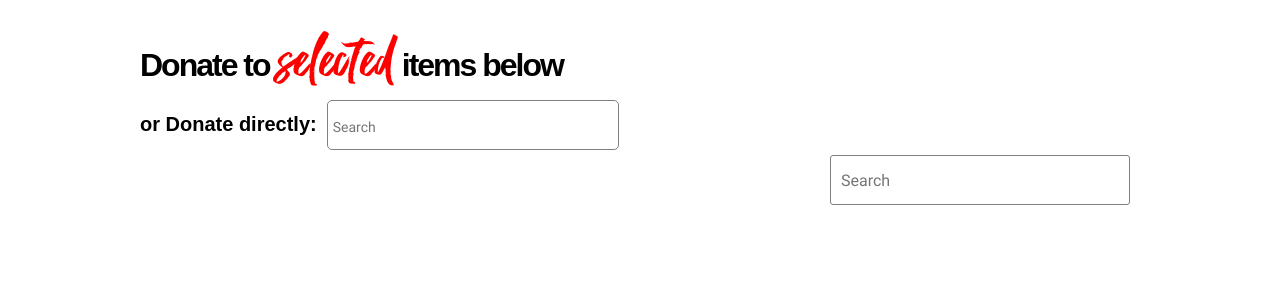
Repository: David-Waite/edableStyleChanges
Page: /
The author's editor kept a copy of each file at every save. The page is drawn from the files as they stood at one save, then again after the next save.
The browser window is 1280 px wide. The pictures show the whole page.
The project was rebuilt for these pictures with package versions that can differ from the ones it lists, and the page was loaded fresh each time. Also part of the build but not shown: src/components/Item/ProgressBar.css, src/components/Volunteer/Volunteer.tsx, src/components/DonorForm/Message.css, src/components/Volunteer/VolunteerError.tsx, src/components/Default.tsx, src/components/DonorForm/Paypal.tsx, src/components/DonorForm/DonorForm.tsx, src/components/DonorForm/PastDonations.css and 8 more.

Above is the page before, as saved 2022-11-09 19:19:26.

### public/index.html
<!DOCTYPE html>
<html lang="en">
  <head>
    <meta charset="utf-8" />
    <link rel="icon" href="%PUBLIC_URL%/favicon.ico" />
    <meta name="viewport" content="width=device-width, initial-scale=1" />
    <meta name="theme-color" content="#000000" />
    <meta name="description" content="EdAble Donations System" />
    <link rel="apple-touch-icon" href="%PUBLIC_URL%/logo192.png" />
    <link rel="manifest" href="%PUBLIC_URL%/manifest.json" />
    <link
      rel="stylesheet"
      href="https://cdn.jsdelivr.net/npm/bootstrap@5.2.0-beta1/dist/css/bootstrap.min.css"
      integrity="sha384-0evHe/X+R7YkIZDRvuzKMRqM+OrBnVFBL6DOitfPri4tjfHxaWutUpFmBp4vmVor"
      crossorigin="anonymous"
    />
    <title>EdAble Donations</title>
  </head>
  <body>
    <noscript>You need to enable JavaScript to run this app.</noscript>
    <div id="root"></div>
  </body>
  <script src="./iframeResizer.contentWindow.min.js"></script>
</html>

### src/index.tsx
import React from 'react';
import ReactDOM from 'react-dom/client';
import './index.css';
import App from './App';
import reportWebVitals from './reportWebVitals';
import './fonts/Roboto/Roboto-Medium.ttf';
import './fonts/Lora/Lora-VariableFont_wght.ttf';

const root = ReactDOM.createRoot(
  document.getElementById('root') as HTMLElement
);
root.render(
  <React.StrictMode>
    <App />
  </React.StrictMode>
);

// If you want to start measuring performance in your app, pass a function
// to log results (for example: reportWebVitals(console.log))
// or send to an analytics endpoint. Learn more: https://bit.ly/CRA-vitals
reportWebVitals();

### src/index.css
body {
  margin: 0;
  -webkit-font-smoothing: antialiased;
  -moz-osx-font-smoothing: grayscale;
}

code {
  font-family: source-code-pro, Menlo, Monaco, Consolas, "Courier New",
    monospace;
}

* {
  box-sizing: border-box;
}

#page-wrap {
  padding-bottom: 10px;
  padding-top: 10px;
}
@font-face {
  font-family: "Roboto";
  src: local("Roboto"),
    url("./fonts/Roboto/Roboto-Medium.ttf") format("truetype");
}

@font-face {
  font-family: "Lora";
  src: local("Lora"),
    url("./fonts/Lora/Lora-VariableFont_wght.ttf") format("truetype");
}

@font-face {
  font-family: "black_stonealternative";
  src: local("blackStone"),
    url("./fonts/BlackStone/blackstone-alternative-webfont.woff") format("woff");
}

h1 {
  font-family: "Roboto";
  font-style: normal;
  font-weight: 700;
  font-size: 52px;
  line-height: 64px;
  /* identical to box height, or 123% */
  color: #000000;
}

h2 {
  font-family: "Lora";
  font-style: normal;
  font-weight: 700;
  font-size: 47px;
  line-height: 60px;
  /* identical to box height, or 128% */
  color: #f1f1f1;
}

h3 {
  font-family: "Lora";
  font-style: normal;
  font-weight: 700;
  font-size: 40px;
  line-height: 51px;
  color: #c4c4c4;
}

h4 {
  font-family: "Roboto";
  font-style: normal;
  font-weight: 700;
  font-size: 35px;
  line-height: 43px;
  /* identical to box height, or 123% */
  letter-spacing: 0.02em;
  color: #000000;
}

h5 {
  font-family: "Roboto";
  font-style: normal;
  font-weight: 700;
  font-size: 28px;
  line-height: 44px;
  /* identical to box height, or 157% */
  color: #000000;
}

h6 {
  font-family: "Roboto";
  font-style: normal;
  font-weight: 700;
  font-size: 21px;
  line-height: 25px;
  /* identical to box height */
  color: #000000;
}

body {
  font-family: "Roboto";
  font-style: normal;
  font-weight: 400;
  font-size: 21px;
  line-height: 32px;
  /* identical to box height, or 152% */
  color: #000000;
}

### src/App.tsx
import React from "react";
import "./App.css";
import { BrowserRouter, Routes, Route } from "react-router-dom";

import { PayPalScriptProvider } from "@paypal/react-paypal-js";
import Base from "./components/Base";
import Landing from "./components/Landing/Landing";
import Volunteer from "./components/Volunteer/Volunteer";
import VolunteerError from "./components/Volunteer/VolunteerError";
import Default from "./components/Default";
import Organisation from "./components/Organisation/Organisation";
import ItemPage from "./components/Item/ItemPage";
import Success from "./components/DonorForm/Success";
import Cancel from "./components/DonorForm/Cancel";
import PastDonations from "./components/DonorForm/PastDonations";
import PastItemDonations from "./components/DonorForm/PastItemDonations";
import DonateTime from "./components/Volunteer/DonateTime";

function App() {
  return (
    <PayPalScriptProvider
      options={{
        "client-id":
        process.env.REACT_APP_PAYPAL_CLIENT_ID||"ATT3Tn46NrmHggGqVC4mzWOZWlnbp2ID9DA0yQnhsgqPFIVPPlLhfSI_-atbZc3aN7n_k7wUVTyQJMnI",
        currency: "AUD",
      }}
    >
      <BrowserRouter>
        <Routes>
          <Route path="/" element={<Base />}>
            <Route path="/" element={<Landing />} />
            <Route path="volunteer" element={<Volunteer />} />
            <Route path="success" element={<Success />} />
            <Route path="organisation/:orgId" element={<Organisation />} />
            <Route path="cancel/:orgId" element={<Cancel />} />
            <Route path="volunteererror/:orgId" element={<VolunteerError />} />
            <Route path="organisation/:orgId" element={<PastDonations />} />
            <Route path="item/:orgID/:itemID" element={<ItemPage />} />
            <Route path="item/:orgID/:itemID" element={<PastItemDonations />} />
            <Route path="volunteer/organisation/:orgId" element={<DonateTime />} />
            <Route path="volunteer/success" element={<Success />} />

            {/* Using path="*"" means "match anything", so this route
                acts like a catch-all for URLs that we don't have explicit
              routes for. */}
            <Route path="*" element={<Default />} />
          </Route>
        </Routes>
      </BrowserRouter>
    </PayPalScriptProvider>
  );
}

export default App;

### src/App.css
.App {
  text-align: center;
}

.App-logo {
  height: 40vmin;
  pointer-events: none;
}

@media (prefers-reduced-motion: no-preference) {
  .App-logo {
    animation: App-logo-spin infinite 20s linear;
  }
}

.App-header {
  background-color: #282c34;
  min-height: 100vh;
  display: flex;
  flex-direction: column;
  align-items: center;
  justify-content: center;
  font-size: calc(10px + 2vmin);
  color: white;
}

.App-link {
  color: #61dafb;
}

@keyframes App-logo-spin {
  from {
    transform: rotate(0deg);
  }
  to {
    transform: rotate(360deg);
  }
}

.font-face-rob {
  font-family: "Roboto";
}

.font-face-lora {
  font-family: "Lora";
}

.font-face-Black {
  font-family: "black_stonealternative";
}

### src/components/Base.tsx
import { Outlet } from 'react-router-dom';

function BasePage() {
  return (
    <>
      {/* An <Outlet> renders whatever child route is currently active,
          so you can think about this <Outlet> as a placeholder for
        the child routes we defined above. */}
      <Outlet/>
    </>
  );
}

export default BasePage;

### src/components/Landing/Landing.tsx
import { useEffect, useState } from "react";
import "./Landing.css";
import { Link } from "react-router-dom";
import { db } from "../../config/firebase";
import { collection, query, onSnapshot, where } from "firebase/firestore";
import { Button, Container, Carousel, Row, Col } from "react-bootstrap";
import { ReactComponent as InclusionHero } from "./InclusionHero.svg";

import Sidebar from "./Sidebar";
import ItemsCollection from "./ItemsCollection";
import Organisation from "../Organisation/Organisation";

function Landing() {
  const [orgList, setOrgList] = useState<any>([]);

  // gets all the orgs from dbs
  useEffect(() => {
    const q = query(
      collection(db, "Organisations"),
      where("activeStatus", "==", true)
    );
    onSnapshot(q, (querySnapshot) => {
      // setOrgList dumps all the orgs in orgList
      setOrgList(
        querySnapshot.docs.map((doc) => ({
          id: doc.id,
          data: doc.data(),
        }))
      );
    });
  }, []);

  useEffect(() => {
    window.scrollTo(0, 0);
  }, []);

  return (
    //   these lines set up the format of the page
    <>
      <div className="landing">
        {/* Burger menu */}

        <div className="App" id="outer-container">
          {/* Carousel */}
          <div className="slideshowCon">
            <Row>
              <Col>
                <div className="carouselContainer">
                  <Carousel
                    touch={true}
                    interval={4000}
                    indicators={true}
                    variant="light"
                  >
                    {orgList.map((org: any) => (
                      <Carousel.Item
                        key={org.id.toString()}
                        style={{
                          textAlign: "left",
                        }}
                      >
                        <Link
                          to={`organisation/${org.id}`}
                          style={{
                            textDecoration: "none",
                            color: "black",
                          }}
                        >
                          {/* this div contains the carousel item's contents and makes the whole carousel item a link (based on link tag above) */}
                          <div className="carousel-contents">
                            <img
                              className="carouselImage"
                              src={`${org.data.img}`}
                            />

                            <div className="caroursel-text">
                              <div className="carousel-contents-bottom">
                                <div>
                                  {" "}
                                  <h2 className="title">{org.data.name}</h2>
                                  <p className="orgSummary">
                                    {org.data.summary}
                                  </p>
                                </div>

                                <Button
                                  className="btnContribute"
                                  variant="warning"
                                >
                                  DONATE TO&#160;
                                  {org.data.name.toUpperCase()}!
                                </Button>
                              </div>
                            </div>
                          </div>
                        </Link>
                      </Carousel.Item>
                    ))}
                  </Carousel>
                </div>
              </Col>
            </Row>
          </div>
        </div>

        <div>
          <h2 className="pageTitle">
            Donate to <span>selected</span> items below
            <br />
          </h2>
          <div className="selectOrgCon">
            <h2 className="selectOrg">or Donate directly:</h2>
            <div className="orgSearchBar">
              <input className="input" type="text" placeholder="Search" />
            </div>
          </div>
        </div>

        <ItemsCollection orgList={orgList} />
      </div>
    </>
  );
}

export default Landing;

### src/components/Landing/Landing.css
.carousel-control-next,
.carousel-control-prev {
  width: 10%;
}

.landing {
  max-width: 1000px;

  margin: 0px auto 90px;
}
.pageTitle {
  font-size: 32px;
  color: black;
  font-family: sans-serif;
  margin-top: 60px;
  margin-bottom: 40px;
  letter-spacing: -2px;
  line-height: 0px;
  font-weight: 700;
}

.title {
  font-size: 32px;
  color: white;
  font-family: sans-serif;
}
.pageTitle span {
  font-family: "black_stonealternative";
  margin-left: 0px;
  margin-right: 0px;
  font-size: 55px;
  letter-spacing: 1px;
  font-weight: 100;
}

.selectOrg {
  font-size: 20px;
  color: black;
  font-family: sans-serif;
  padding-top: 5px;
  font-weight: 700;
}
.selectOrgCon {
  height: 40px;
  display: flex;
  align-items: center;
  margin-bottom: 0px;
}

.orgSearchBar input {
}

.orgSearchBar input::placeholder {
  padding-left: 5px;

  font-size: 14px;
}

.orgSearchBar {
  margin-left: 10px;
}
.col {
  padding: 0;
}

.navBarContainer {
  margin-left: 30px;
  margin-top: 10px;
  position: absolute;
  color: white;
}

.carousel {
  /* margin: 3px; */
  /* border-radius: 30px; */

  color: white;
  /* height: ; */
}

.carouselImage {
  object-fit: cover;
  height: calc(500px - 140px);
}

.carousel-contents {
  display: flex;

  flex-direction: column;
  justify-content: flex-end;

  color: white;
  height: 500px;
}

.carousel-indicators {
  margin-bottom: 10px;
}

.carousel-contents-bottom {
  display: flex;
  align-items: center;
  justify-content: space-between;
  gap: 10px;

  margin-bottom: 30px;
}

.caroursel-text {
  padding: 0px 25px;
  height: 140px;
  background-color: #333333;
}

.btnContribute {
  background-color: #e50040;
  color: white;
  border: none;
  border-radius: 3px;
}

.btnContribute span {
  margin-left: 3px;
  font-size: 16px;
  font-weight: 400;
  color: white;
}

.btnContribute div {
  font-size: 16px;
  font-weight: 400;
  margin: 0;
}

.btnContribute:hover {
  background-color: #d4033e;
  color: white;
}

.orgSummary {
  font-size: 16px;
  line-height: 25px;
  margin-bottom: 0px;
}

.imgCarousel {
  width: 100%;
  height: 600px;
}

.orgList {
  font-family: sans-serif;
  font-size: 20px;
  color: black;
}

.orgListCon {
  display: flex;
  align-items: center;
}
@media (max-width: 1040px) {
  .landing {
    padding: 0 20px;
  }
}

@media (max-width: 900px) {
  .title {
    font-size: 28px !important;
  }
}

@media (max-width: 800px) {
  .carousel-contents-bottom {
    flex-direction: column;
    align-items: flex-start;

    gap: 0px;
  }
  .caroursel-text {
    height: 200px;
  }
}

@media (max-width: 500px) {
  .btnContribute div {
    width: 100%;
  }

  .caroursel-text {
    height: 220px;
  }
}

@media (max-width: 370px) {
  .btnContribute {
    margin-top: -10px;
    font-size: 10px;
  }
}

@media (max-width: 325px) {
  .btnContribute span {
    font-size: 9px;
  }
}

/* #carousel-indicators {
    color:rgb(17, 0, 61)
} */

/* Button {
  font-size: x-small;
  style={{ backgroundImage: `url(${org.data.img})` }}




   <img
                              className="imgCarousel"
                              src={org.data.img}
                              alt={`${org.data.name}` + "'s logo"}
                            />
} */

### src/config/firebase.js
import { initializeApp } from "firebase/app";
import { getFirestore } from "firebase/firestore";
import { initializeAppCheck, ReCaptchaV3Provider } from "firebase/app-check";

const firebaseConfig = {
  apiKey: "AIzaSyDs6EtNxxw7Q9vqGTd9EFzCkpK4aQ9u_dY",
  authDomain: "edable-swinburne.firebaseapp.com",
  projectId: "edable-swinburne",
  storageBucket: "edable-swinburne.appspot.com",
  messagingSenderId: "217658206897",
  appId: "1:217658206897:web:529a69fce1bf349d7ad090",
  measurementId: "G-2R2MP9QZ9F",
};

// Initialize Firebase
const app = initializeApp(firebaseConfig);
const db = getFirestore(app);

// app check
const appCheck = initializeAppCheck(app, {
  provider: new ReCaptchaV3Provider("6LcACHkiAAAAAI-dIVsdXLO9-vrCICsqM5sRRjbJ"),
  isTokenAutoRefreshEnabled: true,
});

export { db };

### src/components/Landing/ItemsCollection.tsx
import { useState, useEffect } from "react";
import {
  collectionGroup,
  query,
  onSnapshot,
  collection,
  where,
  getDocs,
} from "firebase/firestore";
import { db } from "../../config/firebase";
import Card from "react-bootstrap/Card";
import ProgressBar from "react-bootstrap/ProgressBar";
import { Link } from "react-router-dom";
import styles from "./ItemsCollection.module.css";
import "../Item/ProgressBar.css";

function ItemsCollection(props: any) {
  const [itemList, setItemList] = useState<any>([]);
  const [search, setSearch] = useState<string>("");

  useEffect(() => {
    const q = query(
      collectionGroup(db, "Items"),
      where("activeStatus", "==", true)
    );

    onSnapshot(q, async (querySnapshot) => {
      setItemList(
        querySnapshot.docs.map((doc) => ({
          id: doc.id,
          data: doc.data(),
          parentDoc: doc.ref.parent.parent?.id,
        }))
      );
    });
  }, []);

  function mergeLists() {
    const mergeList: any = [];
    itemList.map((item: any) => {
      props.orgList.map((org: any) => {
        if (item.parentDoc === org.id) {
          if (item.data.activeStatus === true) {
            mergeList.push({
              ...item,
              orgName: org.data.name,
              orgActiveStatus: org.data.activeStatus,
            });
          }
        }
      });
    });
    return mergeList;
  }

  const mergeList = mergeLists();

  const handleChange = (e: React.ChangeEvent<HTMLInputElement>) => {
    setSearch(e.target.value);
  };
  const filteredItems = mergeList.filter((item: any) =>
    item.data.name.toLowerCase().includes(search.toLowerCase())
  );

  return (
    <>
      <div className={styles.containerDiv}>
        <div
          className={styles.searchBar}
          style={{
            borderRadius: "3px",
            display: "flex",
            alignItems: "right",
            justifyContent: "right",
          }}
        >
          <input
            style={{ fontSize: "16px" }}
            className={styles.input}
            type="text"
            onChange={handleChange}
            placeholder="Search"
          />
        </div>

        <div className={styles.cardParentDiv}>
          {filteredItems.map((item: any) => (
            <div key={item.id.toString()} className={styles.cards}>
              <div className={styles.cardImage}>
                <img src={item.data.img} alt={`Image of  ${item.data.name}`} />
              </div>

              <div className={styles.cardBody}>
                <div>
                  <h3 className={styles.cardTitle}>
                    {item.orgName}:
                    <br />
                    <span>{item.data.name}</span>
                  </h3>

                  <p className={styles.cardDes}>{item.data.summary}</p>
                </div>

                <div className={styles.bottomHalfCard}>
                  <p>
                    ${item.data.totalDonationsValue || 0} of $
                    {item.data.initialPrice}
                  </p>
                  <ProgressBar
                    striped
                    now={
                      item.data.totalDonationsValue
                        ? (item.data.totalDonationsValue /
                            item.data.initialPrice) *
                          100
                        : 0
                    }
                    label={`${Math.round(
                      (item.data.totalDonationsValue / item.data.initialPrice) *
                        100
                    )}%`}
                  />
                  <Link
                    style={{
                      textDecoration: "none",
                      color: "black",
                    }}
                    to={`item/${item.parentDoc}/${item.id}`}
                  >
                    <div className={styles.btn}>DONATE NOW!</div>
                  </Link>
                </div>
              </div>
            </div>
          ))}
        </div>
      </div>
    </>
  );
}

export default ItemsCollection;

### src/components/Organisation/Organisation.module.css
.body {
  background-color: black;
}

* {
  margin: 0;
  padding: 0;
}

img {
  max-width: 100%;
}

.section {
  max-width: 1000px;
  margin: 0 auto;
  background-color: white;
}

.orgName,
.volunteerOrgName span {
  font-family: "black_stonealternative";
  margin-left: 0px;
  margin-right: 0px;
  font-size: 55px;
  font-weight: 100;
  color: #5e17a9;
  line-height: 45px;
}

.orgNameSpan,
.volunteerOrgName {
  font-size: 32px;
  color: black;
  font-family: sans-serif;
  font-weight: 600;
  line-height: normal;
}
.volunteerOrgName span {
  color: #5e17a9;
}
.line {
  margin: 20px 0 30px;
  height: 3px;
  width: 70px;
  background-color: #511493;
}

.itemName {
  font-size: 32px;
  color: black;
  font-family: sans-serif;
  font-weight: 600;
  line-height: normal;
}

.itemImgDesktop {
  margin-bottom: 20px;
}

.sideIdmage {
  display: flex;
  flex-direction: column;
}

.itemImgMobile,
.mobileSideImg {
  display: none;
}

.itemName span {
  color: #511493;
  font-size: 33px;
}

.des {
  margin-top: 20px;
  font-size: 16px;
  font-weight: 100;
  line-height: 25px;
  color: #333333;
}
.mainContent {
  margin-top: 40px;
  display: grid;
  grid-template-columns: 1fr 1.5fr;
  gap: 80px;
}
.btn {
  display: flex;
  align-items: center;
  height: 40px;
  color: white;

  border-radius: 3px !important;
  font-size: 16px;
  font-weight: 400;
  padding: 0 15px;
}

a {
  text-decoration: none !important;
}
.websiteBtn {
  height: 40px;

  border-radius: 3px !important;
  font-size: 16px;
  font-weight: 400;
  padding: 10px 15px;

  color: white;
  background-color: #511493;
}
.btn:hover {
  color: white;
}

.goBack {
  background-color: #e50040;
}

.goBack:hover {
  background-color: #f16800;
}

.orgImg {
  width: 100%;
  height: 500px;
  object-fit: cover;
}

.website {
  padding: 30px;
  margin-top: 10px;
  background: linear-gradient(58.89deg, #5e17a9 31.3%, #e50040 67.75%);
  color: white;
}

.website div {
  margin-top: 10px;
}
.website a {
  background-color: #e50040;
  width: 100%;
  color: white;
  border-radius: 3px !important;
  font-size: 16px;
  font-weight: 400;
  padding: 10px 15px;
}

.header {
  margin: 10px 0;
  display: flex;
  gap: 10px;

  align-items: center;
}

h6 {
  margin-top: 30px;
  font-size: 33px;
  font-weight: 400;
  line-height: 30px;
}

h6 div {
  font-family: "black_stonealternative";
  margin-top: 30px;
  color: #5e17a9;
  font-size: 55px;
  letter-spacing: 1px;
  font-weight: 100;
}

.orgDescription {
  margin-top: 20px;
  font-size: 16;
}

.formCon {
  margin-top: 20px;
}

.btnPurple {
  background-color: #511493;
}
.topItem {
  display: flex;
  align-items: center;
  gap: 40px;
}

.backButton {
  margin-top: 30px;
  color: white;
  border-radius: 3px;
  background-color: #e50040;
  border: none;
}

.backButton:hover {
  color: white;

  background-color: #d4033e;
}

.topButton:hover {
  background-color: #f16800;
}

.card {
  border-radius: 3px;
  border: none;

  background-color: #f4f4f4;
}

.card img {
  width: 100%;
}

.cardContent {
  padding: 20px;
}

.cardTitle {
  font-size: 18px;
  color: black;
  font-family: sans-serif;
  height: auto;
  line-height: 25px;
}

.cardDes {
  margin-top: 0px;
  color: rgb(29, 29, 29);
  font-size: 16px;
  letter-spacing: 0.1px;
  line-height: 20px;
  font-weight: 400;
}

@media (max-width: 1040px) {
  .section {
    padding: 0 20px;
  }
}
@media (max-width: 700px) {
  .content {
    padding: 0 20px 50px;
  }
  .formContainer {
    padding: 30px 20px;
  }
  .topItem {
    display: flex;
    flex-direction: column;
    gap: 40px;
  }
  .card {
    width: 100%;
  }
}

@media (max-width: 900px) {
  .mainContent {
    display: grid;
    grid-template-columns: 1fr;
    gap: 20px;
    margin-bottom: 10px;
  }
  .itemImgDesktop,
  .desktopSideImg {
    display: none;
  }
  .mobileSideImg {
    display: block;
  }

  .itemImgMobile {
    display: block;
    width: 100%;
  }
}

@media (max-width: 500px) {
  label {
    font-size: 10px;
  }

  h6 {
    font-size: 25px;
  }
  h6 span {
    font-size: 40px;
  }
  .btn {
    font-size: 12px;
  }
}

### src/components/Landing/ItemsCollection.module.css
.containerDiv {
  /* background-color: rgb(212, 238, 249); */
  border-radius: 40px;
}

.searchBar {
  border-radius: 3px !important;
  padding: 0;
}
.title {
  font-size: 32px;
  color: black;
  font-family: sans-serif;
  margin-top: 60px;
  margin-bottom: 40px;

  letter-spacing: -2px;
}

.title span {
  font-family: "black_stonealternative";
  margin-left: 0px;
  margin-right: 0px;
  font-size: 55px;
  letter-spacing: 1px;
  font-weight: 100;
}

.input {
  margin: 10px;
  width: 300px;
  border-radius: 3px;
  padding: 2px 10px;
}

.cardParentDiv {
  margin-top: 20px;
  display: grid;
  grid-template-columns: 1fr 1fr 1fr;
  gap: 30px;
}

.bottomHalfCard {
  align-self: end;
}
.cardParentDiv img {
  width: 100%;
  height: 180px;
  object-fit: cover;
  padding: 0;
  margin: 0;
}

.cardImage {
  height: 180px;
}
.cardTitle {
  font-size: 18px;
  color: black;
  font-family: sans-serif;
  height: auto;
  line-height: 25px;
}

.cardTitle span {
  color: #e50040;
}

.cardDes {
  height: 60px;
  margin-top: 0px;
  color: rgb(29, 29, 29);
  font-size: 16px;
  letter-spacing: 0.1px;
  line-height: 16px;
  font-weight: 400;
}

.btn {
  text-decoration: none;
  color: white;
  display: flex;
  align-items: center;
  justify-content: center;
  height: 40px;
  margin-top: 10px;
  margin-bottom: -15px;
  text-align: center;
  border-radius: 3px;
  font-size: 16px;
  font-weight: 400;

  background-color: #5e17a9;
}

.cardBody {
  padding: 10px 10px 30px 10px;
}

.cards {
  border-radius: 3px;
  border: none;
  background-color: #f4f4f4;
}

@media (max-width: 1040px) {
  .cardParentDiv {
    grid-template-columns: 1fr 1fr;
    gap: 60px;
  }
  .input {
    width: calc(100vw - 40px);
  }
}

@media (max-width: 650px) {
  .cardParentDiv {
    grid-template-columns: 1fr 1fr;
    gap: 20px;
  }
}

@media (max-width: 600px) {
  .cardParentDiv {
    grid-template-columns: 1fr;
    gap: 20px;
  }
}

### src/components/DonorForm/DonorForm.css
.donorInfoContainer {
  background-color: rgb(238, 238, 238);
  padding: 20px 40px;
  border-radius: 3px;
}

.formTitle {
  color: #5e17a9;
}

.presetButtons {
  display: flex;
  align-items: center;
  justify-content: flex-start;
  margin-bottom: -20px;
}

label,
.or {
  padding: 5px 0;
  font-weight: lighter;
}

label span {
  color: rgb(176, 53, 53);
  margin-left: 2px;
}

input:disabled {
  background-color: rgb(197, 197, 197);
}

.checkbox {
  display: flex;
  justify-content: start;
  align-items: center;
}

.checkbox input {
  width: auto;
  margin-right: 5px;
}

.monthlyPayment {
  margin-top: 15px;
  margin-bottom: -25px;
}

.availablity {
  display: flex;
  gap: 60px;
  padding-bottom: 10px;
}

.isAron {
  margin-top: 15px;
}
.mailingList {
  margin-bottom: 15px;
}
input,
select {
  height: 50px;
  width: 100%;
  border: 0.1px solid;
  border-color: grey;
  border-radius: 5px;
}

select {
  padding: 15px 10px;
  border: none;
}

span {
  font-size: large;
  color: red;
}

.proceedPayBtn {
  color: white;
  background-color: #ff7000;
  border-color: #ff7000;
  margin-right: auto;
}

.proceedPayBtn:hover {
  background-color: #f16800;
  color: white;
}

button {
  border-radius: 4px;
  border: 1px solid rgb(215, 215, 215);
  padding: 5px 10px;
  font-size: 14px;
  margin: 5px;
  color: white;
  background-color: #ff7000;
  border-color: #ff7000;
}

button[type="submit"],
input[type="submit"] {
  background: #ec598f;
  color: white;
  text-transform: uppercase;
  border: none;
  margin-top: 40px;
  padding: 10px;
  font-size: 16px;
  font-weight: 400;
  letter-spacing: 10px;
}

Loaded but not shown: src/reportWebVitals.ts (common file); public/iframeResizer.contentWindow.min.js (library)

After the next save:
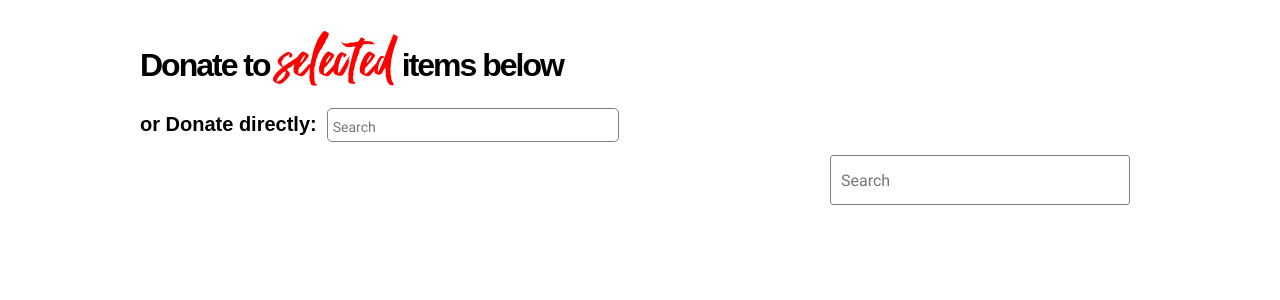
Saved 16 s later.
--- a/src/components/Landing/Landing.css
+++ b/src/components/Landing/Landing.css
@@ -48,6 +48,7 @@
 }
 
 .orgSearchBar input {
+  height: auto;
 }
 
 .orgSearchBar input::placeholder {
